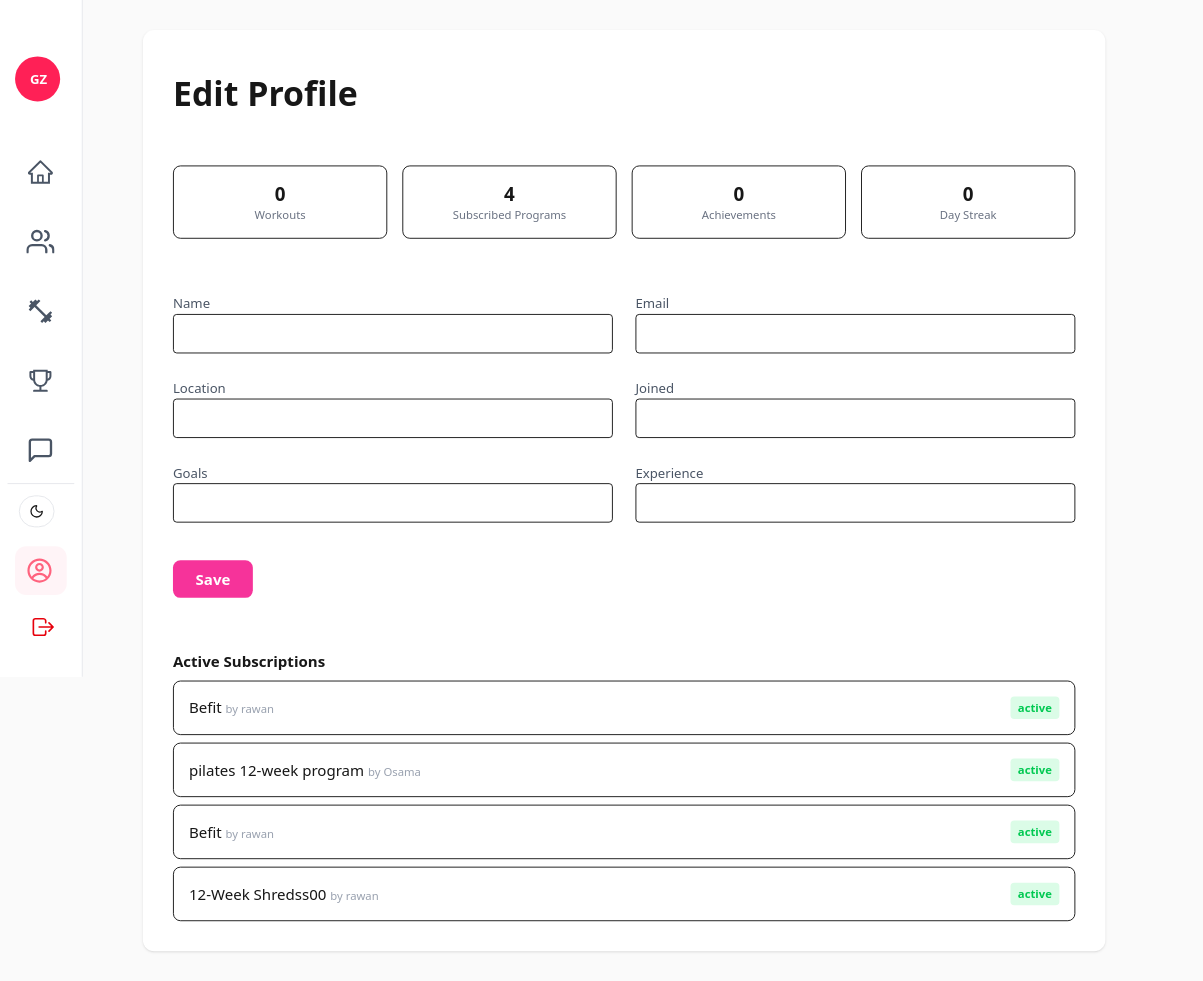
Repository: Brutalxnor/godzilla_fe
Page: /profile/edit
The author's editor kept a copy of each file at every save. The page is drawn from the files as they stood at one save, then again after a run of saves.
The browser window is 1280 px wide. The pictures show the whole page, at 94% of full size.
The page's requests for data from a server got no answer. The project was rebuilt for these pictures with package versions that can differ from the ones it lists, and the page was loaded fresh each time. The framework's server and built-in components were replaced by stand-ins that run in the browser. No one was signed in, and anything a server would have sent is missing. Also part of the build but not shown: next.config.ts.

Above is the page before, as saved 2025-11-13 13:30:29.

After the next 2 saves:
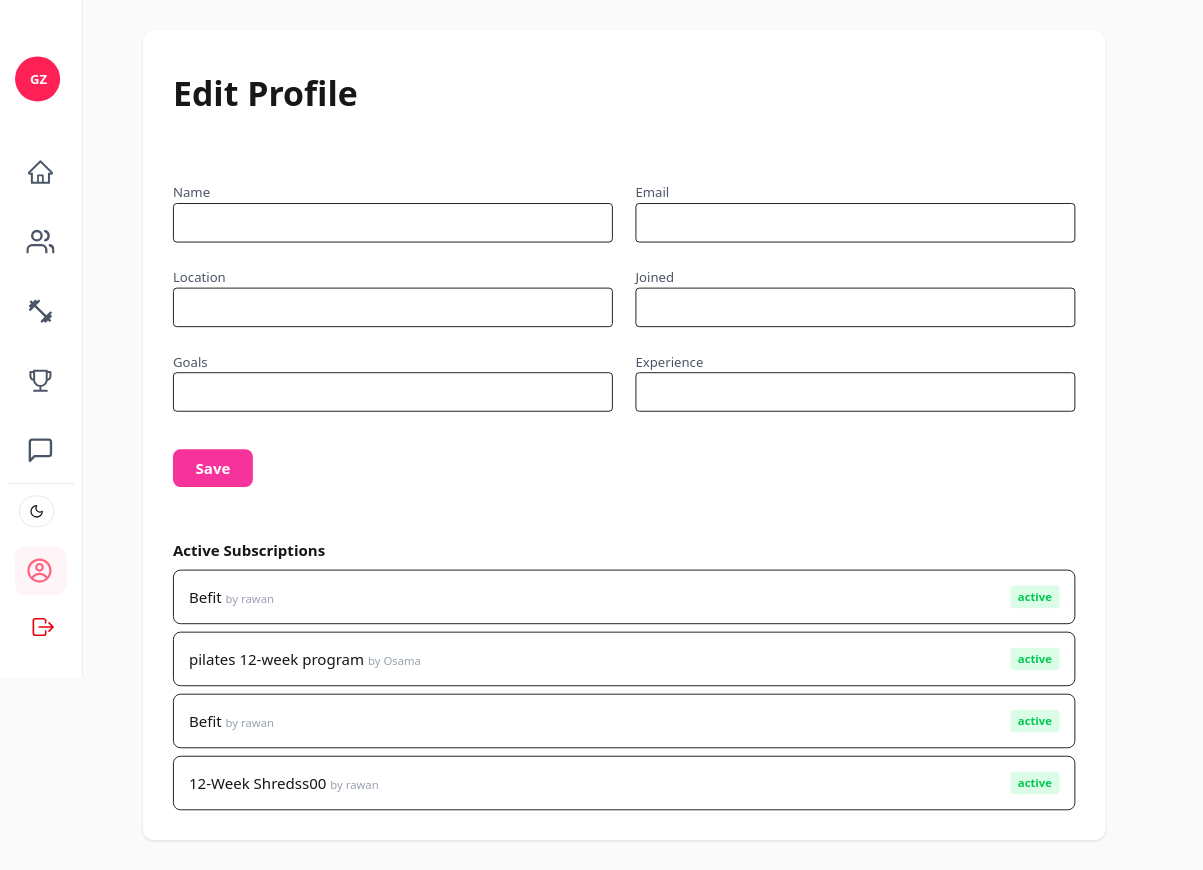
The 2 saves are shown as one change because they came seconds apart.
The last was saved 10 s later.
--- a/app/profile/edit/page.tsx
+++ b/app/profile/edit/page.tsx
@@ -61,28 +61,6 @@ const Page = () => {
                 Edit Profile
               </h1>
             </header>
-
-            {/* Numbers and Stats (Same UI style, use your stats data here) */}
-            <div className="grid grid-cols-4 gap-4 mt-4">
-              <div className="bg-white border rounded-lg p-4 flex flex-col items-center">
-                <span className="text-xl font-bold">0</span>
-                <span className="text-xs text-gray-500">Workouts</span>
-              </div>
-              <div className="bg-white border rounded-lg p-4 flex flex-col items-center">
-                <span className="text-xl font-bold">4</span>
-                <span className="text-xs text-gray-500">
-                  Subscribed Programs
-                </span>
-              </div>
-              <div className="bg-white border rounded-lg p-4 flex flex-col items-center">
-                <span className="text-xl font-bold">0</span>
-                <span className="text-xs text-gray-500">Achievements</span>
-              </div>
-              <div className="bg-white border rounded-lg p-4 flex flex-col items-center">
-                <span className="text-xl font-bold">0</span>
-                <span className="text-xs text-gray-500">Day Streak</span>
-              </div>
-            </div>
 
             {/* React Hook Form (Edit profile section) */}
             <form onSubmit={handleSubmit(onSubmit)} className="space-y-6 mt-8">
